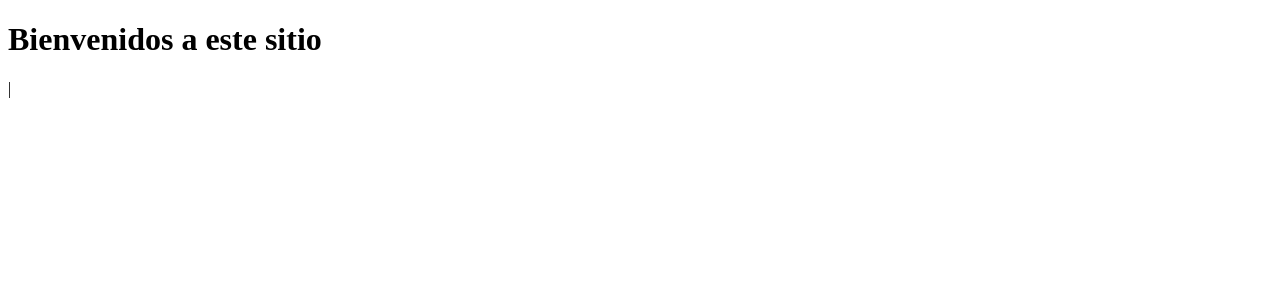
Repository: Jader07/MyWeb
Page: web.html
The author's editor kept a copy of each file at every save. The page is drawn from the files as they stood at one save, then again after the next save.
The browser window is 1280 px wide. The pictures show the whole page.

Above is the page before, as saved 2023-06-20 22:58:30.

After the next save:
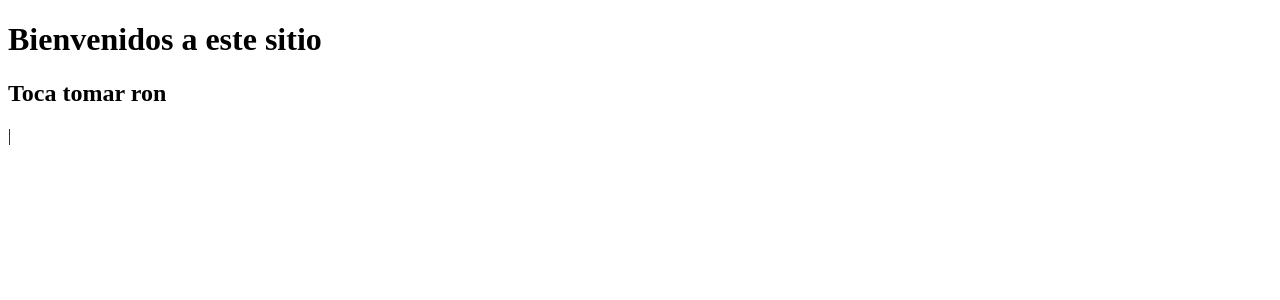
Saved 2 days later.
--- a/web.html
+++ b/web.html
@@ -1,13 +1,16 @@
 <!DOCTYPE html>
 <html>
     <head>
-        <title>MyWeb</title>
+        <title> MyWeb </title>
     </head>
     <body>
         <div>
             <h1>
                 Bienvenidos a este sitio
             </h1>
+            <h2>
+                Toca tomar ron
+            </h2>
         </div>
     </body>
 </html>|
